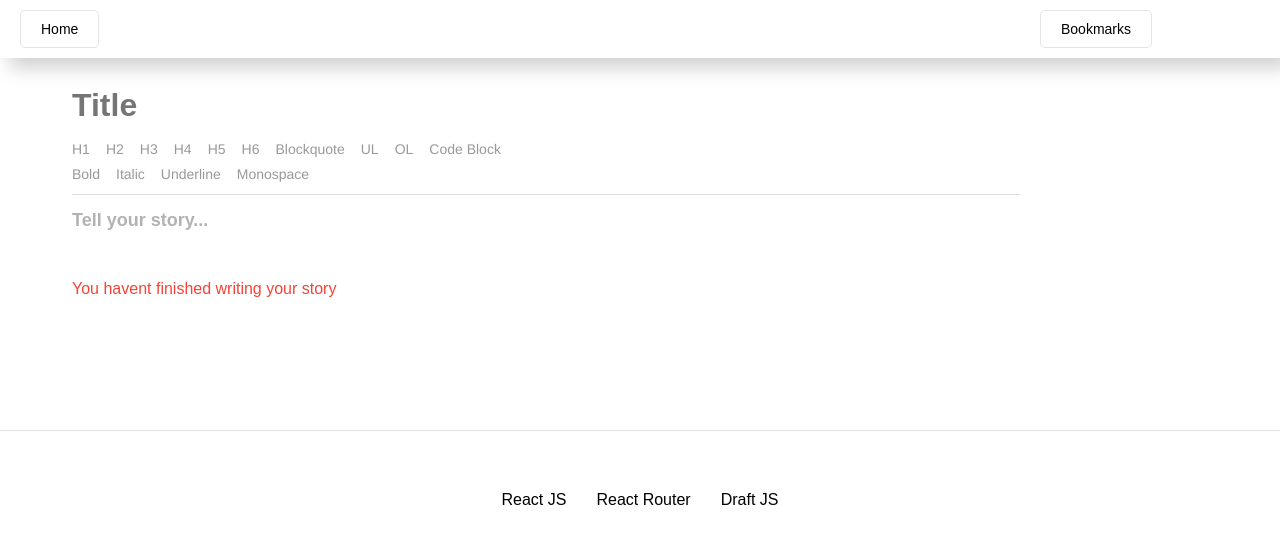
Repository: DevLaukey/task
Page: /react-mini-blog/new
These files come from the project's save history. The page is drawn as it stood at one moment and after the next save; the edit follows.
The browser window is 1280 px wide. The pictures show the whole page.
The project was rebuilt for these pictures with package versions that can differ from the ones it lists, and the page was loaded fresh each time. Also part of the build but not shown: src/data.js, src/helper.js, src/Components/content/content.css, src/Components/content/Bookmarks.js, src/Components/content/Post.js, src/Components/content/Posts.js, src/Components/content/Content.js, src/Components/content/Bookmark.js and 1 more.

Above is the page before, as saved 2022-06-13 14:42:36.

### public/index.html
<!DOCTYPE html>
<html lang="en">
  <head>
    <meta charset="utf-8">
    <meta name="viewport" content="width=device-width, initial-scale=1, shrink-to-fit=no">
    <meta name="theme-color" content="#000000">
    <!--
      manifest.json provides metadata used when your web app is added to the
      homescreen on Android. See https://developers.google.com/web/fundamentals/engage-and-retain/web-app-manifest/
    -->
    <link rel="manifest" href="%PUBLIC_URL%/manifest.json">
    <link rel="shortcut icon" href="%PUBLIC_URL%/favicon.ico">
    <!--
      Notice the use of %PUBLIC_URL% in the tags above.
      It will be replaced with the URL of the `public` folder during the build.
      Only files inside the `public` folder can be referenced from the HTML.

      Unlike "/favicon.ico" or "favicon.ico", "%PUBLIC_URL%/favicon.ico" will
      work correctly both with client-side routing and a non-root public URL.
      Learn how to configure a non-root public URL by running `npm run build`.
    -->
    <title>React Mini Blog - By Zonayed Ahmed</title>
  </head>
  <body>
    <noscript>
      You need to enable JavaScript to run this app.
    </noscript>
    <div id="root"></div>
    <!--
      This HTML file is a template.
      If you open it directly in the browser, you will see an empty page.

      You can add webfonts, meta tags, or analytics to this file.
      The build step will place the bundled scripts into the <body> tag.

      To begin the development, run `npm start` or `yarn start`.
      To create a production bundle, use `npm run build` or `yarn build`.
    -->
  </body>
</html>

### src/App.js
import React, { Component } from "react";
import { BrowserRouter as Router, Route } from "react-router-dom";
import "./App.css";
import data from "./data";
import Footer from "./Components/footer/Footer";
import Header from "./Components/header/Header";
import Content from "./Components/content/Content";
import Bookmark from "./Components/content/Bookmark";
import NewStory from "./Components/posts/NewStory";
import SinglePost from "./Components/posts/SinglePost";

export default class App extends Component {
  constructor(props) {
    super(props);
    this.state = {
      posts: data,
    };

    this.handleBookmark = this.handleBookmark.bind(this);
    this.handleRemoveBookmark = this.handleRemoveBookmark.bind(this);
    this.handleSubmission = this.handleSubmission.bind(this);
    this.handleRemove = this.handleRemove.bind(this);
  }

  handleBookmark(data) {
    let posts = this.state.posts;
    posts = posts.map((post) =>
      post === data
        ? { id: post.id, title: post.title, body: post.body, bookmark: true }
        : post
    );
    this.setState({ posts });
  }

  handleRemoveBookmark(data) {
    let posts = this.state.posts;
    posts = posts.map((post) =>
      post === data
        ? { id: post.id, title: post.title, body: post.body, bookmark: false }
        : post
    );
    this.setState({ posts });
  }

  handleSubmission(data) {
    let posts = this.state.posts;
    posts = [data, ...posts];
    this.setState({ posts });
  }

  handleRemove(post, history) {
    let posts = this.state.posts;
    posts = posts.filter((onepost) => onepost !== post);
    this.setState({ posts });
    history.push("/");
    this.handleWindow();
  }

  handleWindow() {
    window.scrollTo(0, 0);
  }

  render() {
    return (
      <Router basename="/react-mini-blog">
        <div className="App">
          <Route path="*" render={(props) => <Header {...props} />} />
          <Route
            exact
            path="/"
            render={() => (
              <Content
                posts={this.state.posts}
                bookmarks={this.state.posts.filter((post) => post.bookmark)}
                handleBookmark={this.handleBookmark}
                handleRemoveBookmark={this.handleRemoveBookmark}
              />
            )}
          />
          <Route
            exact
            path="/new"
            render={() => <NewStory handleSubmission={this.handleSubmission} />}
          />
          <Route
            exact
            path="/bookmark"
            render={() => (
              <Bookmark
                bookmarks={this.state.posts.filter((post) => post.bookmark)}
              />
            )}
          />
          <Route
            exact
            path="/post/:id"
            render={(props) => (
              <SinglePost
                {...props}
                posts={this.state.posts}
                handleBookmark={this.handleBookmark}
                handleRemoveBookmark={this.handleRemoveBookmark}
                handleRemove={this.handleRemove}
                handleWindow={this.handleWindow()}
              />
            )}
          />
          <Footer />
        </div>
      </Router>
    );
  }
}

### src/App.css
* {
  box-sizing: border-box;
  margin: 0;
  padding: 0;
}

.App {
  width: 100vw;
}

.btn {
  background: #fff;
  border: solid 1px rgba(0, 0, 0, 0.1);
  padding: 10px 20px;
  font-size: 14px;
  border-radius: 5px;
  margin: 10px;
}

a.btn {
  text-decoration: none;
  color: #000;
}

.btn:hover {
  cursor: pointer;
  border-color: #000;
}

### src/Components/footer/Footer.js
import React from 'react';
import "./footer.css"
export default () => {
  return (
    <footer>
      <div className="footer">
        <ul>
          <li>React JS</li>
          <li>React Router</li>
          <li>Draft JS</li>
        </ul>
      </div>
    </footer>
  )
}

### src/Components/header/Header.js
import React from "react";
import { Link } from "react-router-dom";
import "./header.css";

export default ({ match: { url } }) => {
  return (
    <header>
      <nav className="navbar">
        <div className="header__newStory">
          {url === "/" ? (
            <Link to="/new" className="btn btn-new">
              New Story
            </Link>
          ) : (
            <Link to="/" className="btn btn-new">
              Home
            </Link>
          )}
        </div>
        <div className="header__bookmarks">
          <Link to="/bookmark" className="btn btn-bookmarks">
            Bookmarks
          </Link>
        </div>
      </nav>
    </header>
  );
};

### src/Components/posts/NewStory.js
import React, { Component } from "react";
import uuidv1 from "uuid/v1";
import { Editor, EditorState, RichUtils, getDefaultKeyBinding } from "draft-js";
import { stateToHTML } from "draft-js-export-html";
import BlockStyleControls from "../RichText/BlockStyleControls";
import InlineStyleControls from "../RichText/InlineStyleControls";
import "./posts.css";
import "../../RichText.css";

export default class NewStory extends Component {
  constructor(props) {
    super(props);
    this.state = {
      editorState: EditorState.createEmpty(),
      title: "",
      body: "",
      done: "no",
    };

    this.focus = () => this.refs.editor.focus();
    this.onChange = this.onChange.bind(this);
    this.handleKeyCommand = this._handleKeyCommand.bind(this);
    this.mapKeyToEditorCommand = this._mapKeyToEditorCommand.bind(this);
    this.toggleBlockType = this._toggleBlockType.bind(this);
    this.toggleInlineStyle = this._toggleInlineStyle.bind(this);
    this.handleSubmit = this.handleSubmit.bind(this);
  }

  onChange(editorState) {
    this.setState({ editorState });
    const contentState = this.state.editorState.getCurrentContent();
    const html = stateToHTML(contentState);
    this.state.title && this.state.body
      ? this.setState({ done: "done" })
      : console.log(
        "DevLaukey"
        );
    this.setState({ body: html });
  }

  _handleKeyCommand(command, editorState) {
    const newState = RichUtils.handleKeyCommand(editorState, command);
    if (newState) {
      this.onChange(newState);
      return true;
    }
    return false;
  }

  _mapKeyToEditorCommand(e) {
    if (e.keyCode === 9 /* TAB */) {
      const newEditorState = RichUtils.onTab(
        e,
        this.state.editorState,
        4 /* maxDepth */
      );
      if (newEditorState !== this.state.editorState) {
        this.onChange(newEditorState);
      }
      return;
    }
    return getDefaultKeyBinding(e);
  }

  _toggleBlockType(blockType) {
    this.onChange(RichUtils.toggleBlockType(this.state.editorState, blockType));
  }

  _toggleInlineStyle(inlineStyle) {
    this.onChange(
      RichUtils.toggleInlineStyle(this.state.editorState, inlineStyle)
    );
  }

  handleSubmit() {
    const { title, body } = this.state;
    if (title && body) {
      let newStory = { id: uuidv1(), title, body, bookmark: false };
      this.props.handleSubmission(newStory);
      this.setState({
        editorState: EditorState.createEmpty(),
        title: "",
        body: "",
        done: "submitted",
      });
    }
  }

  render() {
    const { editorState } = this.state;
    let className = "RichEditor-editor";
    var contentState = editorState.getCurrentContent();
    if (!contentState.hasText()) {
      if (contentState.getBlockMap().first().getType() !== "unstyled") {
        className += " RichEditor-hidePlaceholder";
      }
    }

    const { title, done } = this.state;

    return (
      <div className="richtext-editor">
        <input
          type="text"
          className="input-title"
          value={title}
          onChange={(e) => this.setState({ title: e.target.value })}
          placeholder="Title"
        />
        <BlockStyleControls
          editorState={editorState}
          onToggle={this.toggleBlockType}
        />
        <InlineStyleControls
          editorState={editorState}
          onToggle={this.toggleInlineStyle}
        />
        <div className={className} onClick={this.focus}>
          <Editor
            blockStyleFn={getBlockStyle}
            editorState={editorState}
            handleKeyCommand={this.handleKeyCommand}
            keyBindingFn={this.mapKeyToEditorCommand}
            onChange={this.onChange}
            placeholder="Tell your story..."
            ref="editor"
            spellCheck={true}
          />
        </div>
        {done === "done" ? (
          <button onClick={this.handleSubmit} className="btn btn-submit">
            Submit
          </button>
        ) : done === "submitted" ? (
          <span className="msg-success">Your story has been submitted</span>
        ) : (
          <span className="msg-error">
            You havent finished writing your story
          </span>
        )}
      </div>
    );

    function getBlockStyle(block) {
      switch (block.getType()) {
        case "blockquote":
          return "RichEditor-blockquote";
        default:
          return null;
      }
    }
  }
}

### src/Components/footer/footer.css

footer {
  clear: both;
  padding: 60px 0;
}

.footer ul {
  margin: 0;
  padding: 0;
  padding-top: 60px;
  border-top: solid 1px rgba(0, 0, 0, 0.10);
  text-align: center;
}

.footer ul li {
  list-style: none;
  display: inline-block;
  margin: 0 15px;
}

.footer ul li a {
  background-color: #000;
  color: #fff;
  text-decoration: none;
  padding: 2px 5px;
  border-radius: 4px;
}

### src/Components/header/header.css
header {
  background-color: white;
  position: fixed;
  top: 0;
  width: 100vw;
  box-shadow: 10px 10px 19px #d0d0d0, -10px -10px 19px #f0f0f0;
}
.navbar {
  display: flex;
  justify-content: space-between;
  margin: 20px 10px;
  width: 90vw;
}

### src/Components/RichText/BlockStyleControls.js
import React from 'react';

import StyleButton from './StyleButton';

const BLOCK_TYPES = [
  {label: 'H1', style: 'header-one'},
  {label: 'H2', style: 'header-two'},
  {label: 'H3', style: 'header-three'},
  {label: 'H4', style: 'header-four'},
  {label: 'H5', style: 'header-five'},
  {label: 'H6', style: 'header-six'},
  {label: 'Blockquote', style: 'blockquote'},
  {label: 'UL', style: 'unordered-list-item'},
  {label: 'OL', style: 'ordered-list-item'},
  {label: 'Code Block', style: 'code-block'},
];

export default(props) => {
  const {editorState} = props;
  const selection = editorState.getSelection();
  const blockType = editorState
    .getCurrentContent()
    .getBlockForKey(selection.getStartKey())
    .getType();
  return (
    <div className="RichEditor-controls">
      {BLOCK_TYPES.map((type) =>
        <StyleButton
          key={type.label}
          active={type.style === blockType}
          label={type.label}
          onToggle={props.onToggle}
          style={type.style}
        />
      )}
    </div>
  );
};

### src/Components/RichText/InlineStyleControls.js
import React from 'react';

import StyleButton from './StyleButton';

var INLINE_STYLES = [
  {label: 'Bold', style: 'BOLD'},
  {label: 'Italic', style: 'ITALIC'},
  {label: 'Underline', style: 'UNDERLINE'},
  {label: 'Monospace', style: 'CODE'},
];

export default(props) => {
  const currentStyle = props.editorState.getCurrentInlineStyle();

  return (
    <div className="RichEditor-controls">
      {INLINE_STYLES.map((type) =>
        <StyleButton
          key={type.label}
          active={currentStyle.has(type.style)}
          label={type.label}
          onToggle={props.onToggle}
          style={type.style}
        />
      )}
    </div>
  );
};

### src/Components/posts/posts.css
.single-post {
  width: 90vw;
  margin-left: 5vw;
  margin-top: 10vh;
}

.single-post__body {
  width: 100%;
  display: flex;
  flex-direction: column;
  flex-wrap: wrap;
}
.single-post .header {
  font-size: 32px;
  font-weight: 900;
  margin-bottom: 20px;
}
.single-post__body img {
  height: auto;
  width: 80vw;
}
.single-post h1,
.DraftEditor-editorContainer h1 {
  margin: 0;
  font-size: 32px;
}

.single-post h2,
.DsraftEditor-editorContainer h2 {
  font-size: 30px;
}

.single-post h3,
.DraftEditor-editorContainer h3 {
  font-size: 28px;
}

.single-post h4,
.DraftEditor-editorContainer h4 {
  font-size: 26px;
}

.single-post h5,
.DraftEditor-editorContainer h5 {
  font-size: 22px;
}

.single-post h6,
.DraftEditor-editorContainer h6 {
  font-size: 18px;
}

.single-post ul li,
.single-post ol li,
.DraftEditor-editorContainer ul li,
.DraftEditor-editorContainer ol li {
  padding: 12px 0;
  font-size: 21px;
}

.single-post a,
.DraftEditor-editorContainer a {
  color: #000;
  text-decoration: underline;
}

.single-post p,
.DraftEditor-editorContainer p {
  margin: 0;
  font-size: 15px;
  line-height: 1.7;
}

.single-post p code,
.DraftEditor-editorContainer p code {
  background-color: rgba(0, 0, 0, 0.05);
  padding: 3px 5px;
  font-size: 0.8em;
}

.single-post figure,
.DraftEditor-editorContainer figure {
  margin: 30px auto;
  text-align: center;
}

.single-post blockquote,
.DraftEditor-editorContainer blockquote {
  border-left: 4px solid #000;
  margin: 0;
  padding: 10px 25px;
  font-style: italic;
}

.single-post pre,
.DraftEditor-editorContainer pre {
  background-color: rgba(0, 0, 0, 0.05);
  padding: 20px;
  white-space: pre-wrap;
}

.single-post pre code,
.DraftEditor-editorContainer pre code {
  font-size: 15px;
  color: rgba(0, 0, 0.75);
}

.input-title {
  font-size: 32px;
  width: 100%;
  font-weight: 700;
  border: none;
  box-shadow: none;
  padding: 15px 0;
}

.input-title:focus {
  outline: none;
}

.richtext-editor {
  width: calc(100% / 1.35);
  margin: 10vh;
}
.RichEditor-root {
  background: #fff;
  border: 1px solid #ddd;
  font-family: 'Georgia', serif;
  font-size: 14px;
  padding: 15px;
}

.RichEditor-editor {
  border-top: 1px solid #ddd;
  cursor: text;
  font-size: 16px;
  margin-top: 10px;
}

.RichEditor-editor .public-DraftEditorPlaceholder-root,
.RichEditor-editor .public-DraftEditor-content {
  margin: 0 -15px -15px;
  padding: 15px;
}

.RichEditor-editor .public-DraftEditor-content {
  min-height: 100px;
}

.RichEditor-hidePlaceholder .public-DraftEditorPlaceholder-root {
  display: none;
}

.RichEditor-editor .RichEditor-blockquote {
  border-left: 5px solid #eee;
  color: #666;
  font-family: 'Hoefler Text', 'Georgia', serif;
  font-style: italic;
  margin: 16px 0;
  padding: 10px 20px;
}

.RichEditor-editor .public-DraftStyleDefault-pre {
  background-color: rgba(0, 0, 0, 0.05);
  font-family: 'Inconsolata', 'Menlo', 'Consolas', monospace;
  font-size: 16px;
  padding: 20px;
}

.RichEditor-controls {
  font-family: 'Helvetica', sans-serif;
  font-size: 14px;
  margin-bottom: 5px;
  user-select: none;
}

.RichEditor-styleButton {
  color: #999;
  cursor: pointer;
  margin-right: 16px;
  padding: 2px 0;
  display: inline-block;
}

.RichEditor-activeButton {
  color: #5890ff;
}

.public-DraftEditorPlaceholder-root {
  padding: 0;
  position: absolute;
  color: rgba(0, 0, 0, 0.3);
  font-weight: 700;
  font-size: 18px;
}

.public-DraftEditorPlaceholder-inner {
  font-size: 18px;
}

.msg-success {
  color: #4caf50;
}

.msg-error {
  color: #f44336;
}

/* MEDIA  QUERY */

@media screen and (min-width: 768px) {
  .single-post__body img {
    width: 500px;
  }
}

### src/RichText.css
.RichEditor-root {
  background: #fff;
  border: 1px solid #ddd;
  font-family: 'Georgia', serif;
  font-size: 14px;
  padding: 15px;
}

.RichEditor-editor {
  border-top: 1px solid #ddd;
  cursor: text;
  font-size: 16px;
  margin-top: 10px;
}

.RichEditor-editor .public-DraftEditorPlaceholder-root,
.RichEditor-editor .public-DraftEditor-content {
  margin: 0 -15px -15px;
  padding: 15px;
}

.RichEditor-editor .public-DraftEditor-content {
  min-height: 100px;
}

.RichEditor-hidePlaceholder .public-DraftEditorPlaceholder-root {
  display: none;
}

.RichEditor-editor .RichEditor-blockquote {
  border-left: 5px solid #eee;
  color: #666;
  font-family: 'Hoefler Text', 'Georgia', serif;
  font-style: italic;
  margin: 16px 0;
  padding: 10px 20px;
}

.RichEditor-editor .public-DraftStyleDefault-pre {
  background-color: rgba(0, 0, 0, 0.05);
  font-family: 'Inconsolata', 'Menlo', 'Consolas', monospace;
  font-size: 16px;
  padding: 20px;
}

.RichEditor-controls {
  font-family: 'Helvetica', sans-serif;
  font-size: 14px;
  margin-bottom: 5px;
  user-select: none;
}

.RichEditor-styleButton {
  color: #999;
  cursor: pointer;
  margin-right: 16px;
  padding: 2px 0;
  display: inline-block;
}

.RichEditor-activeButton {
  color: #5890ff;
}

### src/Components/RichText/StyleButton.js
import React from 'react';

export default class StyleButton extends React.Component {
  constructor() {
    super();
    this.onToggle = (e) => {
      e.preventDefault();
      this.props.onToggle(this.props.style);
    };
  }
  render() {
    let className = 'RichEditor-styleButton';
    if (this.props.active) {
      className += ' RichEditor-activeButton';
    }
    return (
      <span className={className} onMouseDown={this.onToggle}>
        {this.props.label}
      </span>
    );
  }
}

Loaded but not shown: src/index.js (common file); src/index.css (common file); src/registerServiceWorker.js (common file)

After the next save:
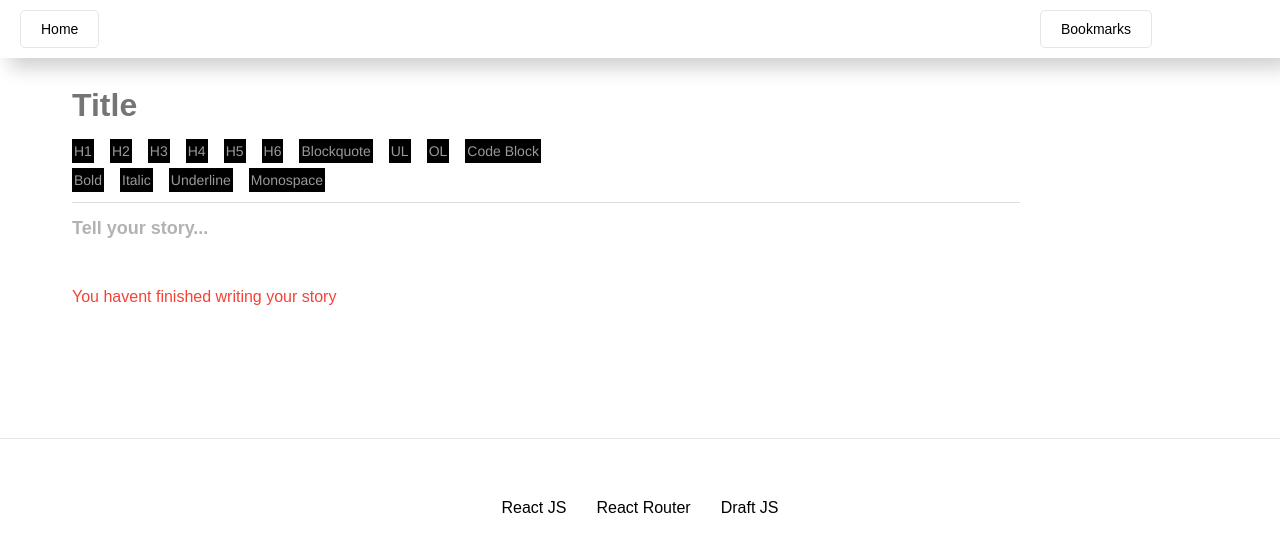
Saved 4 min 24 s later.
--- a/src/Components/posts/posts.css
+++ b/src/Components/posts/posts.css
@@ -1,7 +1,8 @@
 .single-post {
   width: 90vw;
   margin-left: 5vw;
-  margin-top: 10vh;
+    margin-top:10vh;
+
 }
 
 .single-post__body {
@@ -105,6 +106,7 @@
   color: rgba(0, 0, 0.75);
 }
 
+
 .input-title {
   font-size: 32px;
   width: 100%;
@@ -120,70 +122,22 @@
 
 .richtext-editor {
   width: calc(100% / 1.35);
-  margin: 10vh;
-}
-.RichEditor-root {
-  background: #fff;
-  border: 1px solid #ddd;
-  font-family: 'Georgia', serif;
-  font-size: 14px;
-  padding: 15px;
-}
-
-.RichEditor-editor {
-  border-top: 1px solid #ddd;
-  cursor: text;
-  font-size: 16px;
-  margin-top: 10px;
-}
-
-.RichEditor-editor .public-DraftEditorPlaceholder-root,
-.RichEditor-editor .public-DraftEditor-content {
-  margin: 0 -15px -15px;
-  padding: 15px;
-}
-
-.RichEditor-editor .public-DraftEditor-content {
-  min-height: 100px;
-}
-
-.RichEditor-hidePlaceholder .public-DraftEditorPlaceholder-root {
-  display: none;
-}
-
-.RichEditor-editor .RichEditor-blockquote {
-  border-left: 5px solid #eee;
-  color: #666;
-  font-family: 'Hoefler Text', 'Georgia', serif;
-  font-style: italic;
-  margin: 16px 0;
-  padding: 10px 20px;
-}
-
-.RichEditor-editor .public-DraftStyleDefault-pre {
-  background-color: rgba(0, 0, 0, 0.05);
-  font-family: 'Inconsolata', 'Menlo', 'Consolas', monospace;
-  font-size: 16px;
-  padding: 20px;
-}
-
-.RichEditor-controls {
-  font-family: 'Helvetica', sans-serif;
-  font-size: 14px;
-  margin-bottom: 5px;
-  user-select: none;
+  margin:10vh;
 }
 
 .RichEditor-styleButton {
-  color: #999;
-  cursor: pointer;
-  margin-right: 16px;
-  padding: 2px 0;
-  display: inline-block;
+  background-color: #000;
+  color: #fff;
+  padding: 2px 5px;
+  margin: 0;
+  margin-right: 10px;
+  border: 2px solid transparent;
 }
 
 .RichEditor-activeButton {
-  color: #5890ff;
+  border-color: #000;
+  color: #000;
+  background-color: transparent;
 }
 
 .public-DraftEditorPlaceholder-root {
@@ -206,10 +160,13 @@
   color: #f44336;
 }
 
+
+
 /* MEDIA  QUERY */
 
 @media screen and (min-width: 768px) {
   .single-post__body img {
     width: 500px;
   }
+
 }
